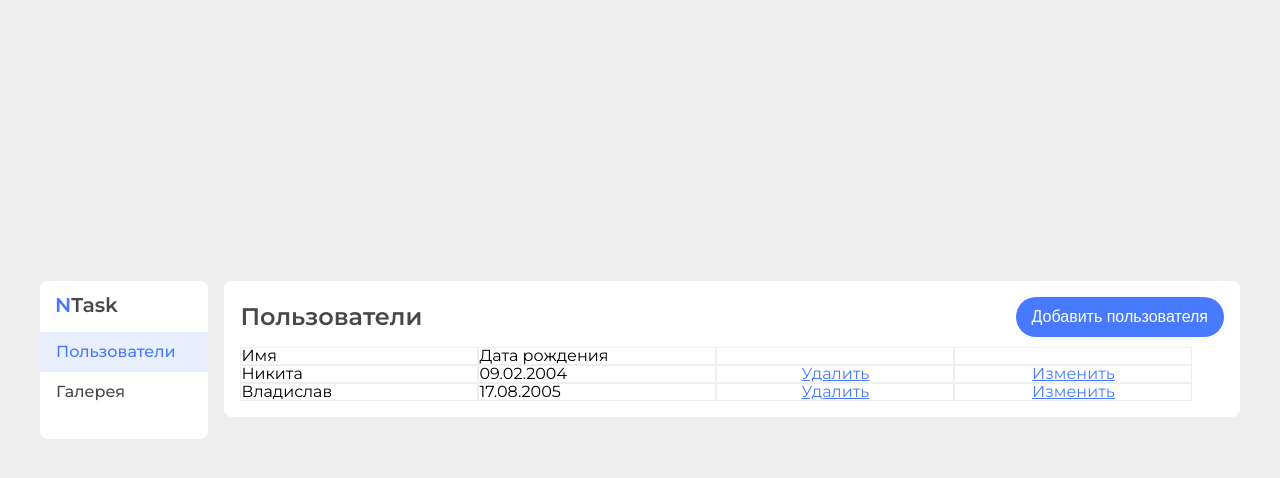
Repository: Grid-Master/NTask
Page: /gallery
The author's editor kept a copy of each file at every save. The page is drawn from the files as they stood at one save, then again after the next save.
The browser window is 1280 px wide. The pictures show the whole page.
The project was rebuilt for these pictures with package versions that can differ from the ones it lists, and the page was loaded fresh each time. Also part of the build but not shown: src/components/gallery/gallery.sass, src/components/gallery/Gallery.tsx, src/components/updateUser/updateUser.sass, src/components/updateUser/UpdateUser.tsx.

Above is the page before, as saved 2023-06-09 21:19:04.

After the next save:
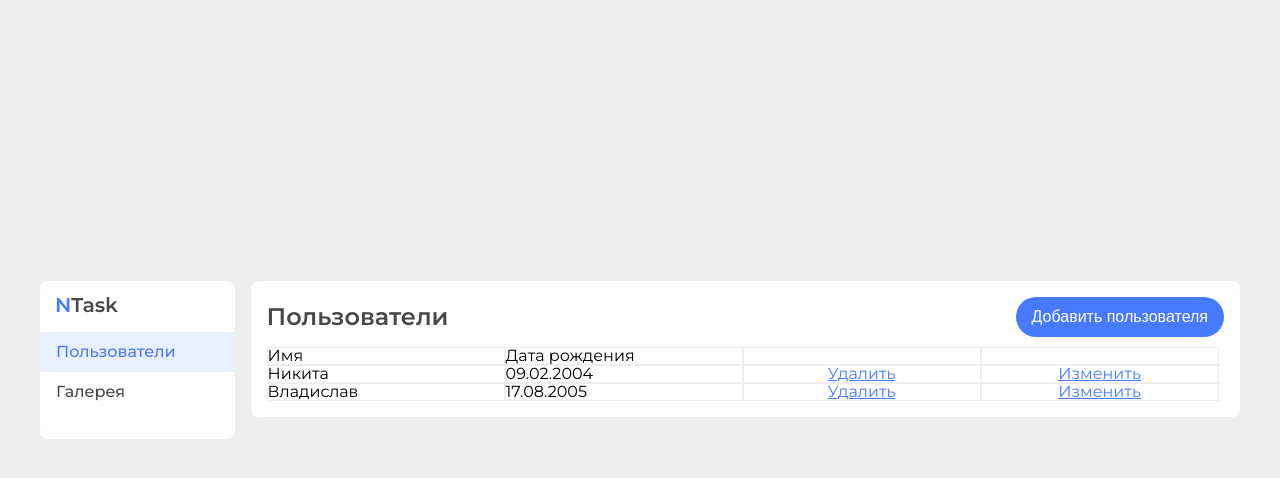
Saved 16 s later.
--- a/src/components/userList/userList.sass
+++ b/src/components/userList/userList.sass
@@ -1,5 +1,5 @@
 .userList
-    width: calc( 100% - 32px )
+    width: 984px
     background: #FFFFFF
     border-radius: 8px
     padding: 16px
